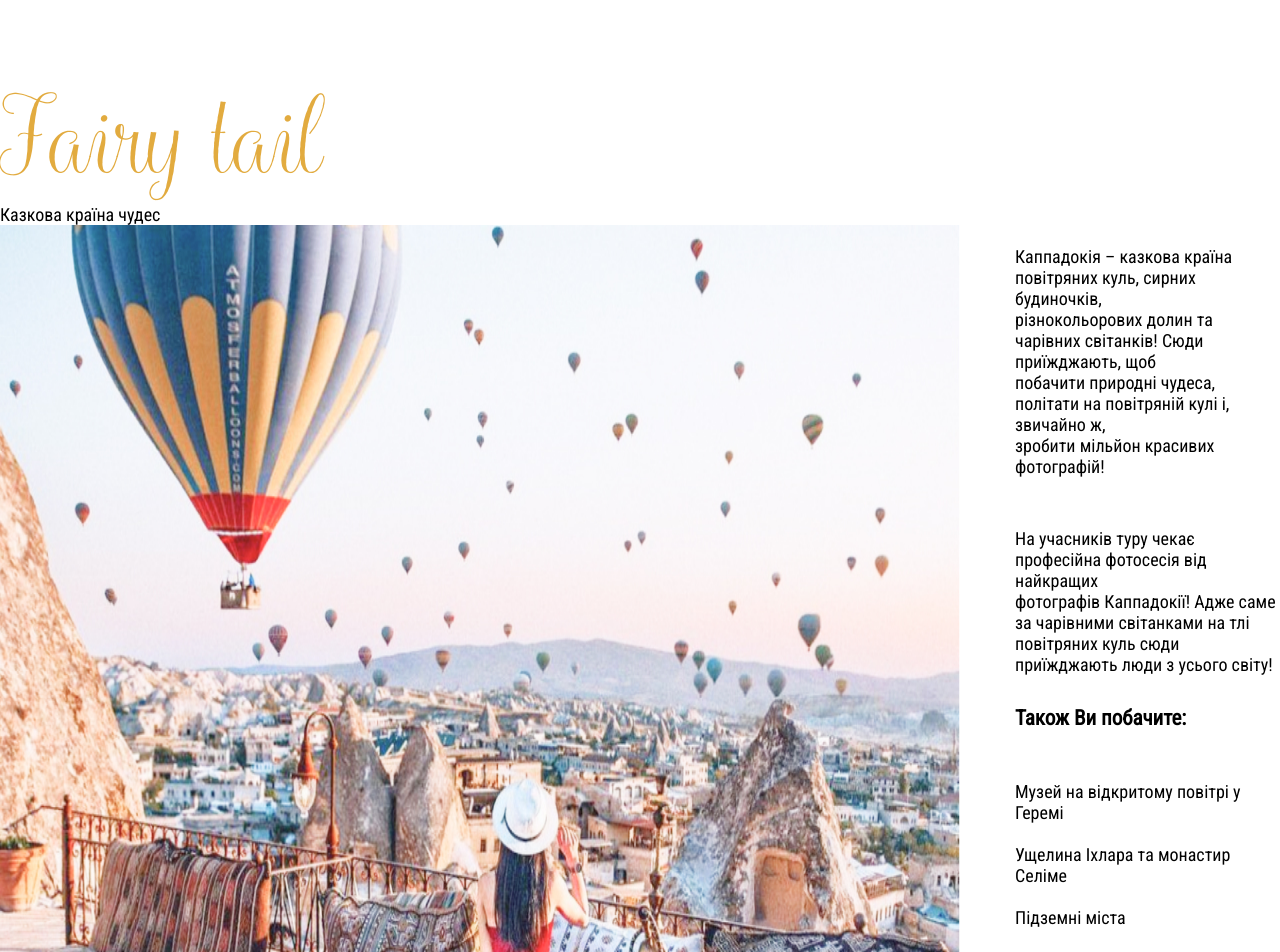
Repository: KYUUBI-K/cappadocia
Page: index.html
The author's editor kept a copy of each file at every save. The page is drawn from the files as they stood at one save, then again after the next save.
The browser window is 1280 px wide. The pictures show the part of the page from y = 844 to 1796 px (the page is 2063 px tall before and 2060 px after).

Above is the page before, as saved 2025-08-17 19:05:29.

After the next save:
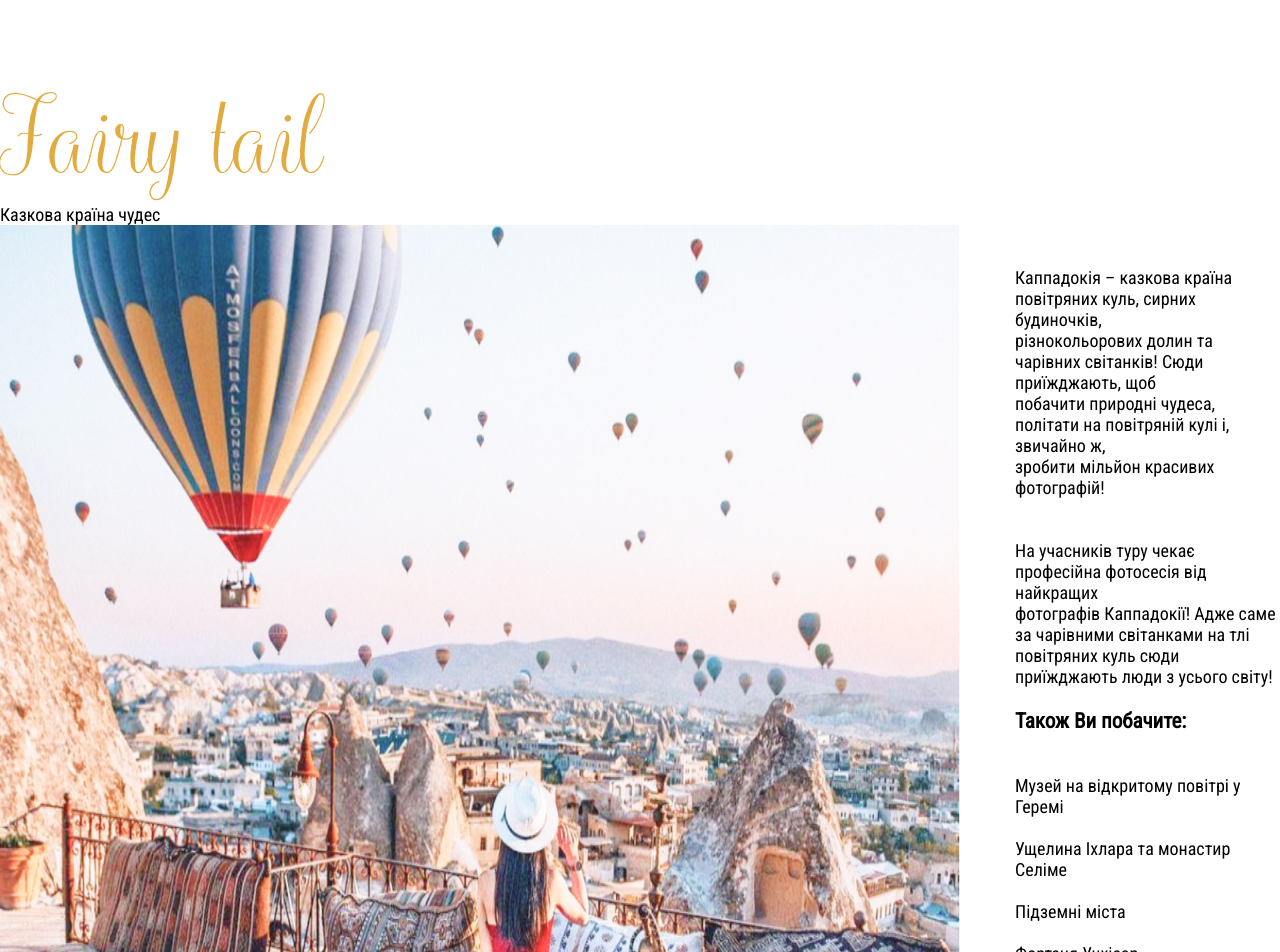
Saved 14 s later.
--- a/styles.css
+++ b/styles.css
@@ -203,7 +203,7 @@
 }
 .about-text {
   white-space: pre-line;
-  display: flex;
+  /* display: flex;
   flex-direction: column;
-  row-gap: 30px;
-}
+  row-gap: 30px; */
+}
